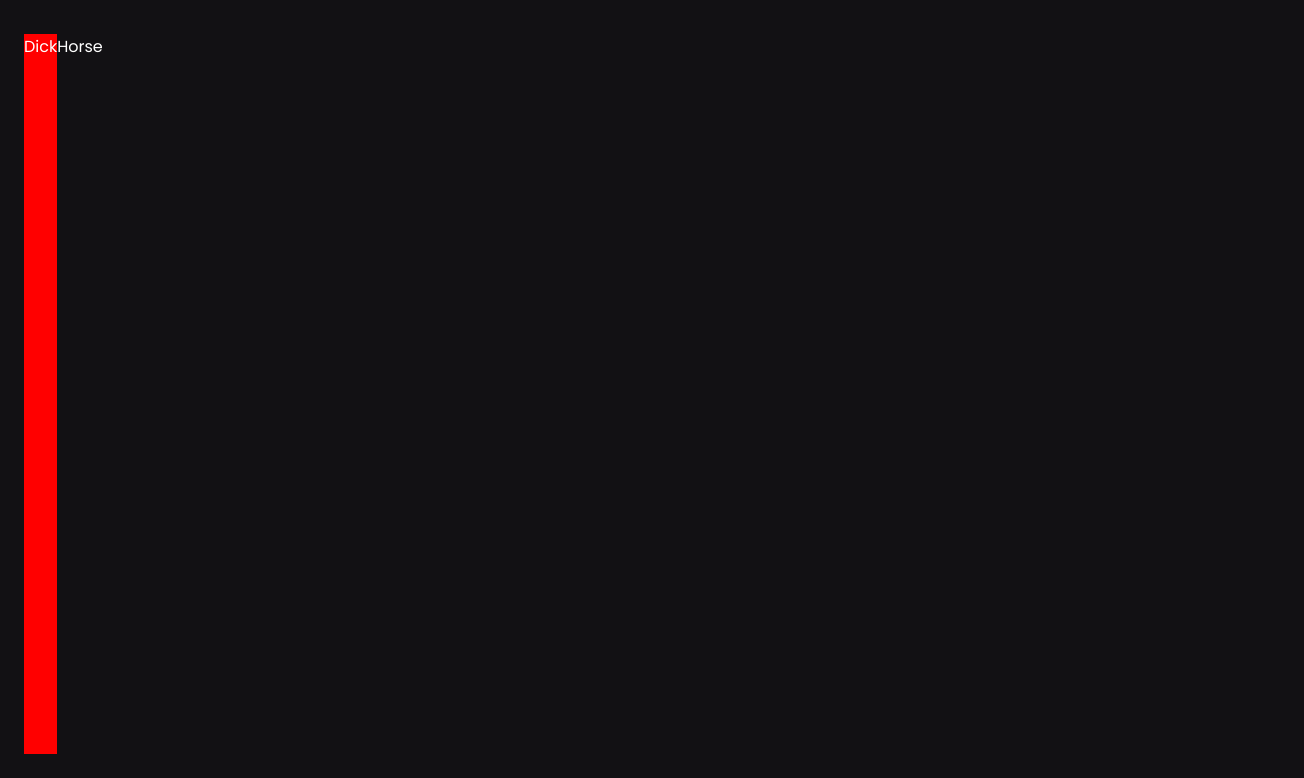
Repository: tjcages/adhoc
Page: /
The author's editor kept a copy of each file at every save. The page is drawn from the files as they stood at one save, then again after the next save.
The browser window is 1280 px wide. The page is 1304 px wide, so the pictures cover 1304 px, including what lies to the right of the window. The pictures show the whole page.
The project was rebuilt for these pictures with package versions that can differ from the ones it lists, and the page was loaded fresh each time.

Above is the page before, as saved 2021-03-11 15:36:09.

After the next save:
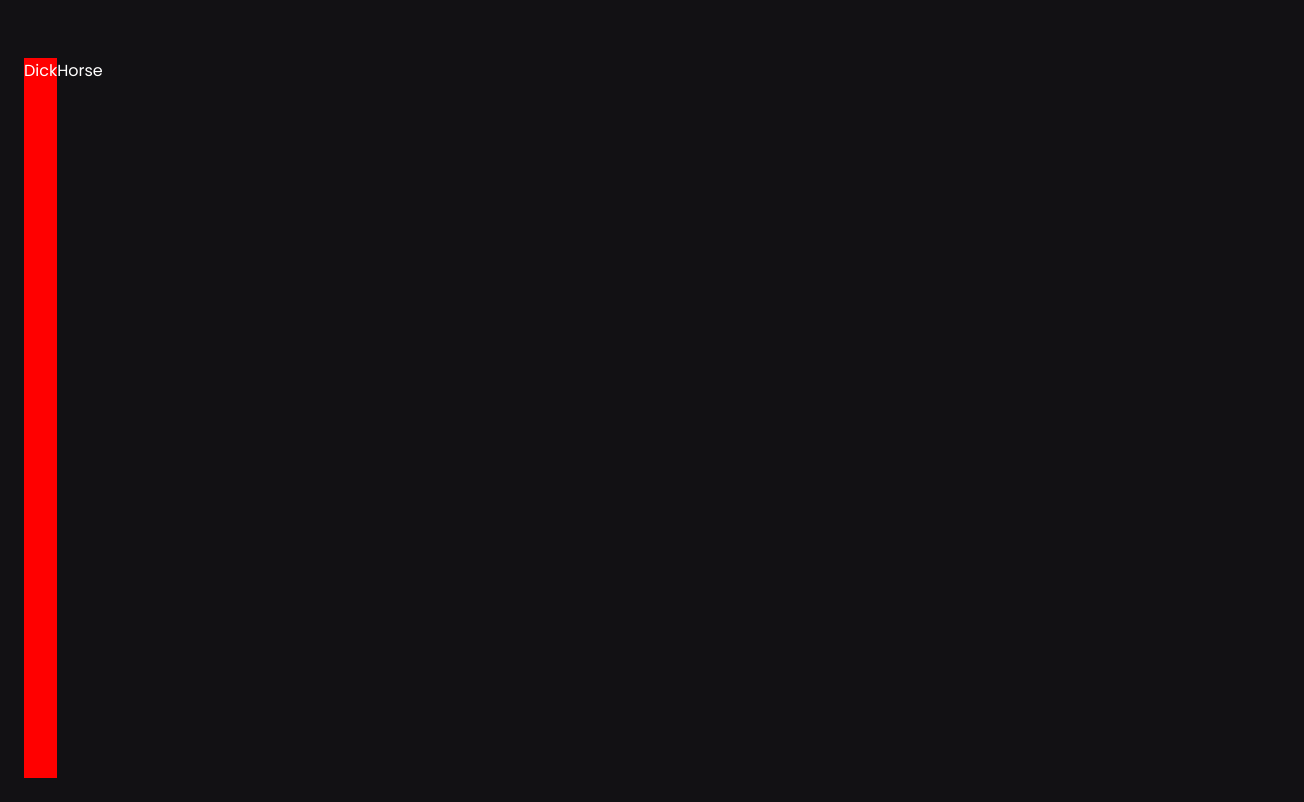
Saved 38 s later.
--- a/src/scss/_Layout.scss
+++ b/src/scss/_Layout.scss
@@ -1,4 +1,5 @@
 .layout_container {
+    margin-top: 24px;
     display: flex;
     width: 100vw;
     height: 100vh;
